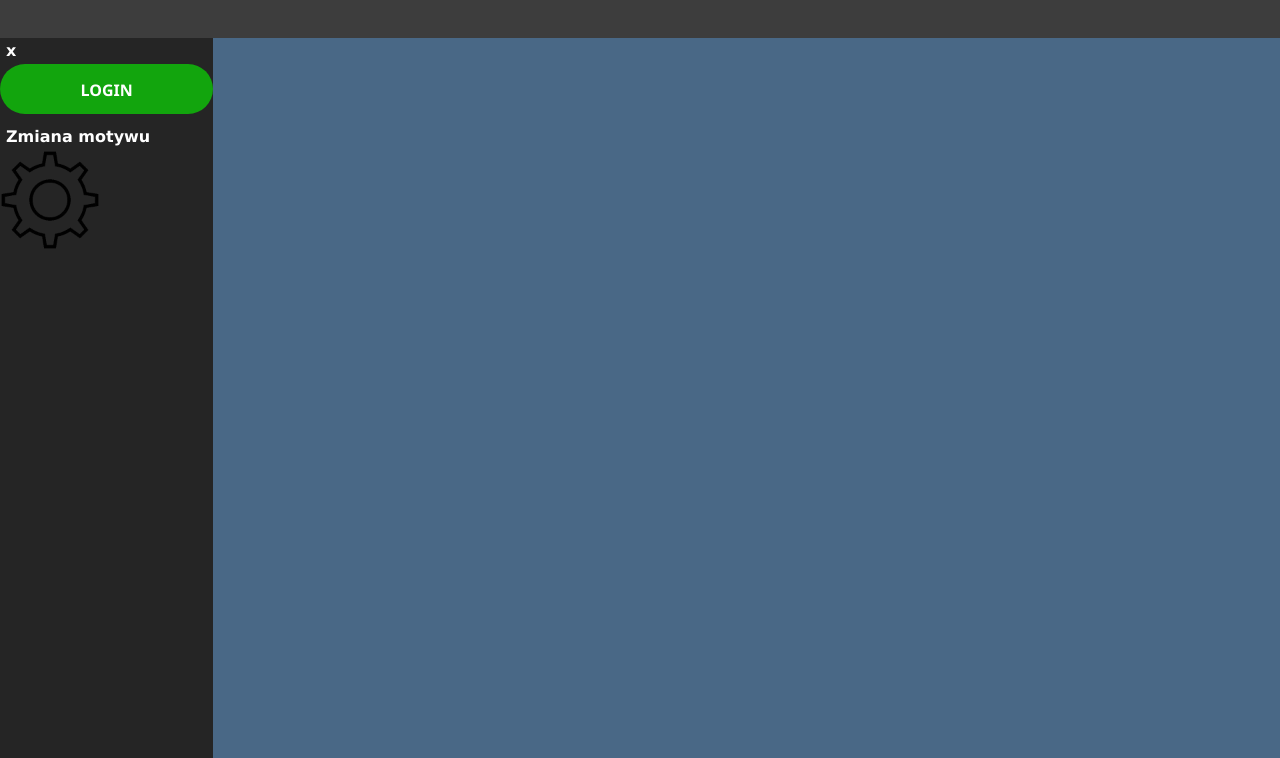
Repository: K4ziWolf/kazi
Page: /, after clicking the first element matching `button.btn`
The author's editor kept a copy of each file at every save. The page is drawn from the files as they stood at one save, then again after the next save.
The browser window is 1280 px wide. The pictures show the whole page.
The project was rebuilt for these pictures with package versions that can differ from the ones it lists, and the page was loaded fresh each time. Also part of the build but not shown: vue.config.js, src/components/login_screen.vue, src/components/option_screen.vue.

Above is the page before, as saved 2023-10-20 22:40:25.

After the next save:
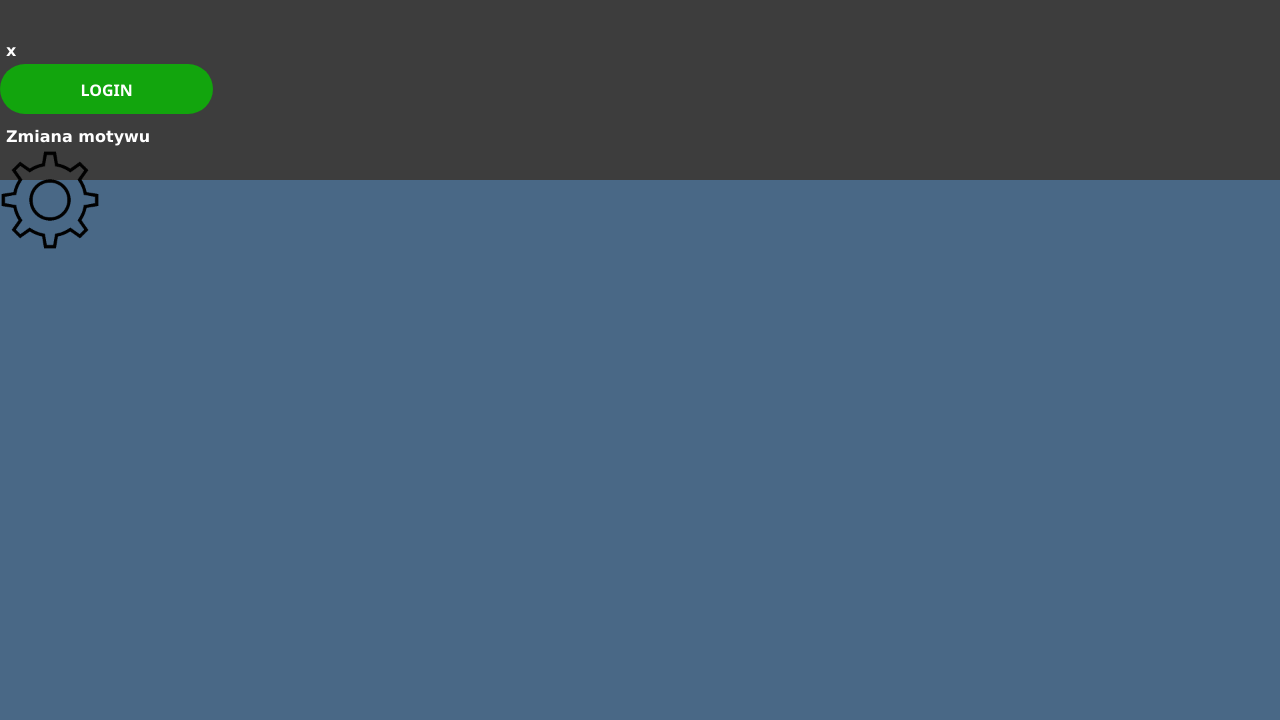
Saved 25 s later.
--- a/src/components/menu_screen.vue
+++ b/src/components/menu_screen.vue
@@ -111,15 +111,7 @@
   }
 }
 
-#menu_holder {
-  background-color: rgb(37, 37, 37) !important;
-  position: absolute;
-  height: 100vh; /* Ustawienie na 100% wysokości strony */
-  display: grid;
-  grid-template-columns: 1fr; /* Pasek będzie miał tylko jedną kolumnę */
-  gap: 0px;
-  grid-template-areas: "Exit_menu_button" "poka-login" "change_theme_btn" "gear_icon_box";
-}
+
 
 .baton {
   background-color: rgb(18, 165, 13);

After the save that followed:
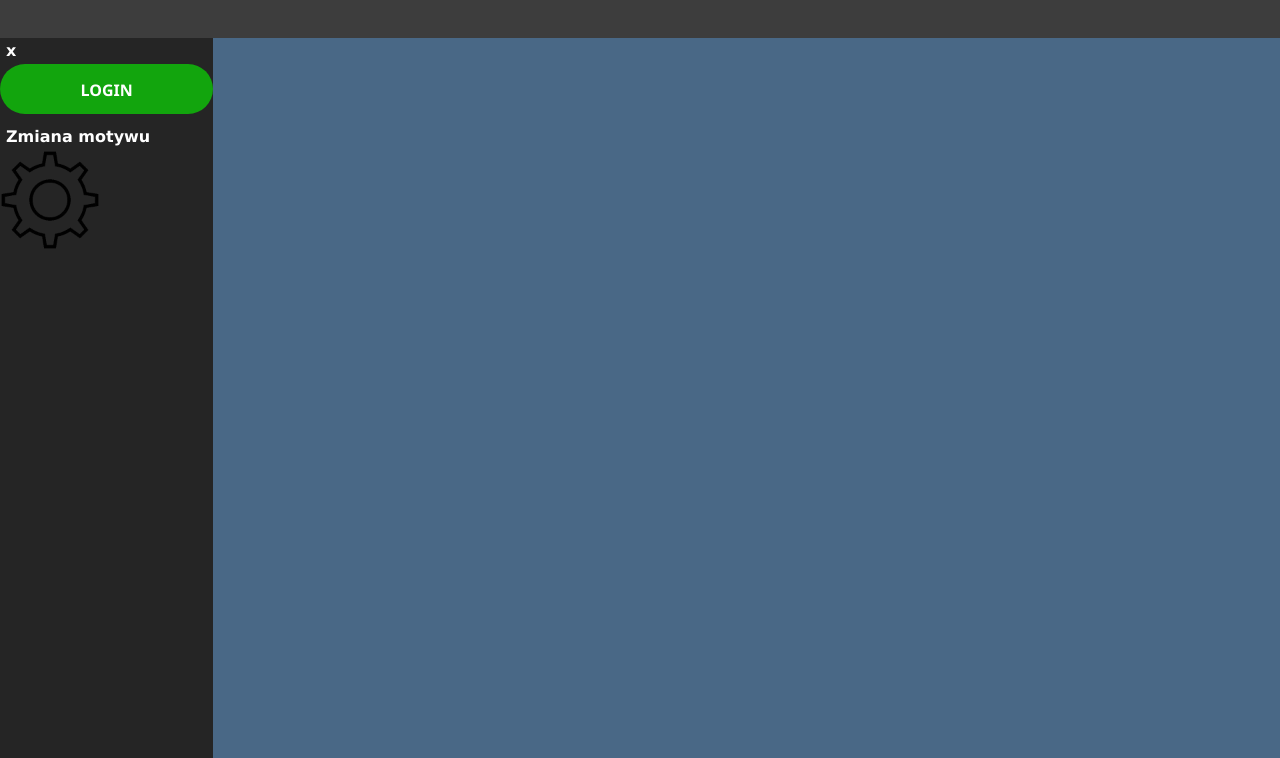
Saved 26 s later.
--- a/src/components/menu_screen.vue
+++ b/src/components/menu_screen.vue
@@ -111,7 +111,15 @@
   }
 }
 
-
+#menu_holder {
+  background-color: rgb(37, 37, 37) !important;
+  position: absolute;
+  height: 100vh; /* Ustawienie na 100% wysokości strony */
+  display: grid;
+  grid-template-columns: 1fr; /* Pasek będzie miał tylko jedną kolumnę */
+  gap: 5px;
+  grid-template-areas: "Exit_menu_button" "poka-login" "change_theme_btn" "gear_icon_box";
+}
 
 .baton {
   background-color: rgb(18, 165, 13);
